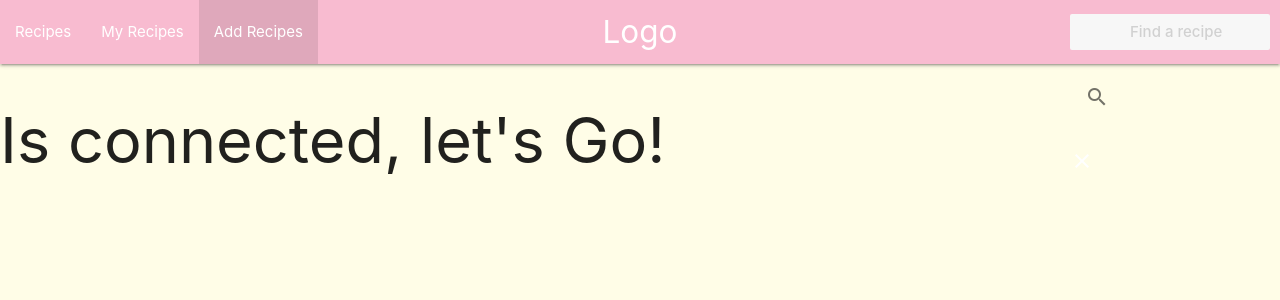
Repository: pazcm/cook-book
Page: http://localhost/
The author's editor kept a record of every edit. The page is drawn from the files as they stood at one moment, then again after the next edit.
The browser window is 1280 px wide. The pictures show the whole page.
Some web libraries are served in a nearby version. The page is served by the project's application, run on Flask 3 (app.py). Queries for data that is not in the repository find no rows.

Above is the page before.

### templates/recipes.html
{% extends 'base.html' %}
{% block content %}
        {% for recipe in recipes %}
            {{recipe.name}}
            {{recipe.description}}
            {{recipe.author}}
            {{recipe.category}}
            {{recipe.cusine}}
            {{recipe.serves}}
            {{recipe.readyIn}}
            {{recipe.difficulty}}
            {{recipe.ingredients}}
            {{recipe.instructions}}
            {{recipe.tips}}
        {% endfor %}
    <!--    <ul class="collapsible" data-collapsible="accordion">-->
    <!--    <li>-->
    <!--        <div class="collapsible-header"><i class="material-icons">filter_drama</i>First</div>-->
    <!--        <div class="collapsible-body"><span>Lorem ipsum dolor sit amet.</span></div>-->
    <!--    </li>-->
    <!--    <li>-->
    <!--        <div class="collapsible-header"><i class="material-icons">place</i>Second</div>-->
    <!--        <div class="collapsible-body"><span>Lorem ipsum dolor sit amet.</span></div>-->
    <!--    </li>-->
    <!--    <li>-->
    <!--        <div class="collapsible-header"><i class="material-icons">whatshot</i>Third</div>-->
    <!--        <div class="collapsible-body"><span>Lorem ipsum dolor sit amet.</span></div>-->
    <!--    </li>-->
    <!--</ul>-->
{% endblock %}

### templates/base.html
<!DOCTYPE html>
<html lang="en">
<html>
    <head>
        <meta charset="UTF-8">
        <meta name="viewport" content="width=device-width, initial-scale=1.0">
        <meta http-equiv="X-UA-Compatible" content="ie=edge">
        <!-- fonts icons -->
        <link href="https://fonts.googleapis.com/icon?family=Material+Icons" rel="stylesheet">
        <link href="https://stackpath.bootstrapcdn.com/font-awesome/4.7.0/css/font-awesome.min.css">
        <!-- Materialize -->
        <link rel="stylesheet" href="https://cdnjs.cloudflare.com/ajax/libs/materialize/1.0.0/css/materialize.min.css">
        <!-- custom CSS -->
        <link rel="stylesheet" href="{{ url_for('static', filename='css/style.css') }}" type="text/css" />

        <title>Cook Book app</title>
    </head>
    <body>
        <!-- Header - Navigation bar -->
        <nav>
            <div class="nav-wrapper">
            <!--sidenav-->
            <ul id="slide-out" class="sidenav">
                <li>
                    <div class="user-view">
                        <div class="background">
                            <img src="static/images/yellow-unsplash.jpg">
                        </div>
                        <a href="#user"><img class="circle" src="static/images/toa-unsplash.jpg"></a>
                        <a href="#name"><span class="white-text name">Mary Jane</span></a>
                        <a href="#email"><span class="white-text email">maryjane@example.com</span></a>
                    </div>
                </li>
                <li><a href="#!"><i class="material-icons">local_dining</i>Link Logo Cook Book</a></li>
                <li>
                    <div class="divider"></div>
                </li>
                <li><a class="subheader">Browse</a></li>
                <li><a class="waves-effect" href="#!">Recipes</a></li>
                <li><a class="waves-effect" href="#!">My Recipes</a></li>
                <li><a class="waves-effect" href="#!">Add Recipes</a></li>
            </ul>
            <a href="#" data-target="slide-out" class="sidenav-trigger"><i class="material-icons">menu</i></a>
            <!--end sidenav-->

            <!--navbar menu-->
            <a href="#" class="brand-logo center">Logo</a>
            <ul id="nav-mobile" class="left hide-on-med-and-down">
                <li><a href="templates/recipes.html">Recipes</a></li>
                <li><a href="templates/my-recipes.html">My Recipes</a></li>
                <li class="active"><a href="templates/add-recipes.html">Add Recipes</a></li>
            </ul>
            <div class="search-box">
                    <form action="" class="browser-default right">
                          <input id="search-input" placeholder="Find a recipe" type="text" class="browser-default search-field" name="q" value="" autocomplete="off" aria-label="Search box">
                          <label for="search-input"><i class="material-icons search-icon">search</i></label>
                          <i class="material-icons search-close-icon">close</i>
                  </form>
                </div>
            </div>
            <!--end navebar menu-->
        </nav>
        <h1>Is connected, let's Go!</h1>
        {% block content %}
        {% endblock %}


        <!-- jQuery-->
        <script src="https://cdnjs.cloudflare.com/ajax/libs/jquery/3.2.1/jquery.min.js"></script>
        <!-- Compiled and minified JavaScript -->
        <script src="https://cdnjs.cloudflare.com/ajax/libs/materialize/1.0.0/js/materialize.min.js"></script>

        <!-- Collapsible Sidenav  -->
        <script type="text/javascript">
             $(document).ready(function () {
                    $('.sidenav').sidenav();
                });
        </script>

    </body>
</html>

### app.py
import os
from flask import Flask, render_template, redirect, request, url_for
from flask_pymongo import PyMongo
from bson.objectid import ObjectId

app = Flask(__name__)
app.config["MONGO_DBNAME"] = 'cook-book-db'
app.config["MONGO_URI"] = 'mongodb+srv://root:r00tUser@cluster2-6phdr.mongodb.net/cook-book-db?retryWrites=true&w=majority'

mongo = PyMongo(app)


@app.route('/')
@app.route('/get_recipes')
def get_recipe():
    return render_template("recipes.html", recipes=mongo.db.recipes.find())

# Search box










if __name__ == '__main__':
    app.run(host=os.environ.get('IP'),
            port=int(os.environ.get('PORT')),
            debug=True)

### static/css/style.css
body {
  background-color: #fffde7;
}

nav .nav-wrapper {
  background-color: #f8bbd0;
  margin-right: 0px;
}

/*search box*/

nav .search-box {
  position: relative;
  height: 100%;
  margin-right: 10px;
}

input.search-field {
  width: 1px;
  margin-right: 0;
  padding: 10px 25px;
  font-weight: 500;
  color: rgba(0, 0, 0, 0.54);
  border-radius: 2px;
  border: 0;
  height: 36px;
  background: #f7f7f7;
  transition: background 0.2s, width .2s;
  }

input.search-field:hover {
  background: #ebebeb;
}

  .search-icon {
    top: 0;
    padding-left: 15px;
    color: rgba(0, 0, 0, 0.55);
  }

  input.search-field:focus {
    width: 100vw;
    padding: 8px 8px 8px 50px;

  }



@media (min-width: 600px) {

/*search box*/

input.search-field {
  padding: 8px 8px 8px 60px;
  width: 200px;
}

.search-icon {

}

After the next edit:
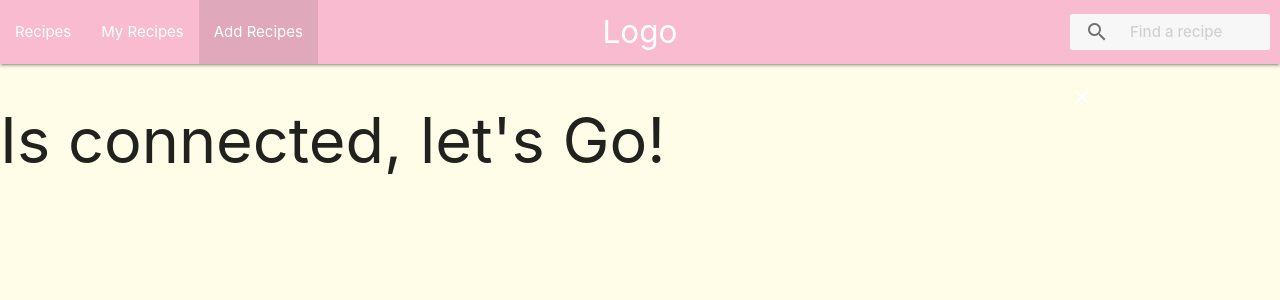
The edit:
--- a/static/css/style.css
+++ b/static/css/style.css
@@ -36,6 +36,10 @@
     top: 0;
     padding-left: 15px;
     color: rgba(0, 0, 0, 0.55);
+    position: absolute;
+  top: 0;
+
+  color: rgba(0, 0, 0, 0.54);
   }
 
   input.search-field:focus {
